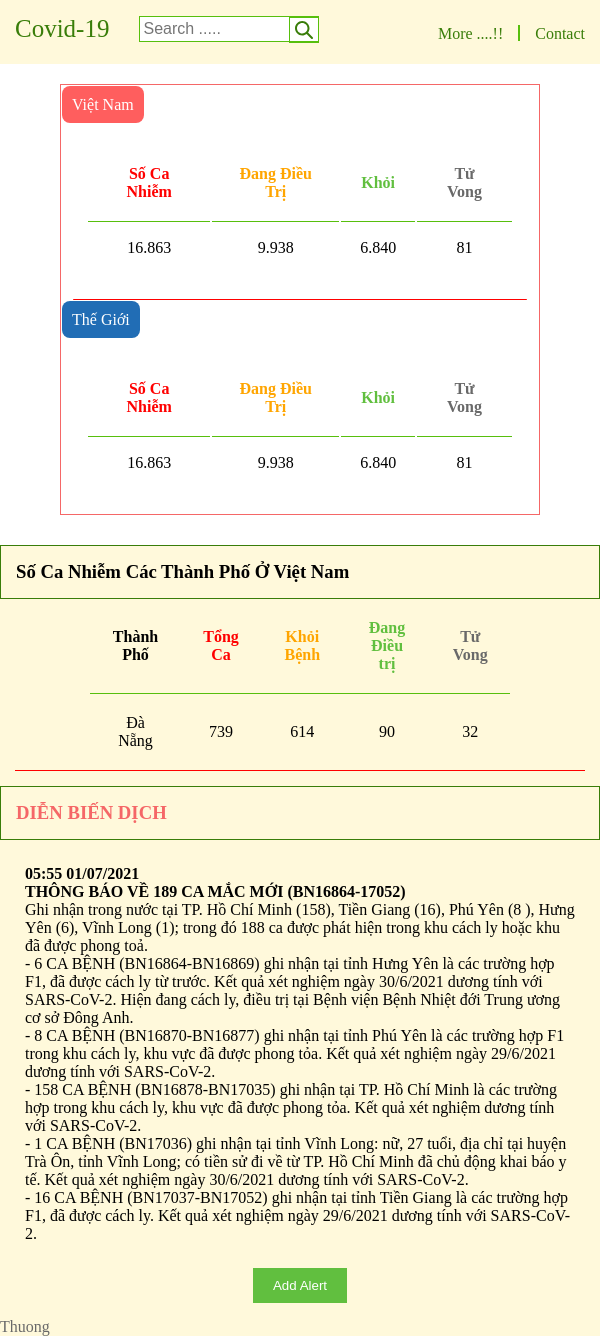
Repository: thuongton98/Covid
Page: html-css-js/index.html
The author's editor kept a copy of each file at every save. The page is drawn from the files as they stood at one save, then again after the next save.
The browser window is 600 px wide. The pictures show the whole page.

Above is the page before, as saved 2021-07-01 11:42:16.

After the next save:
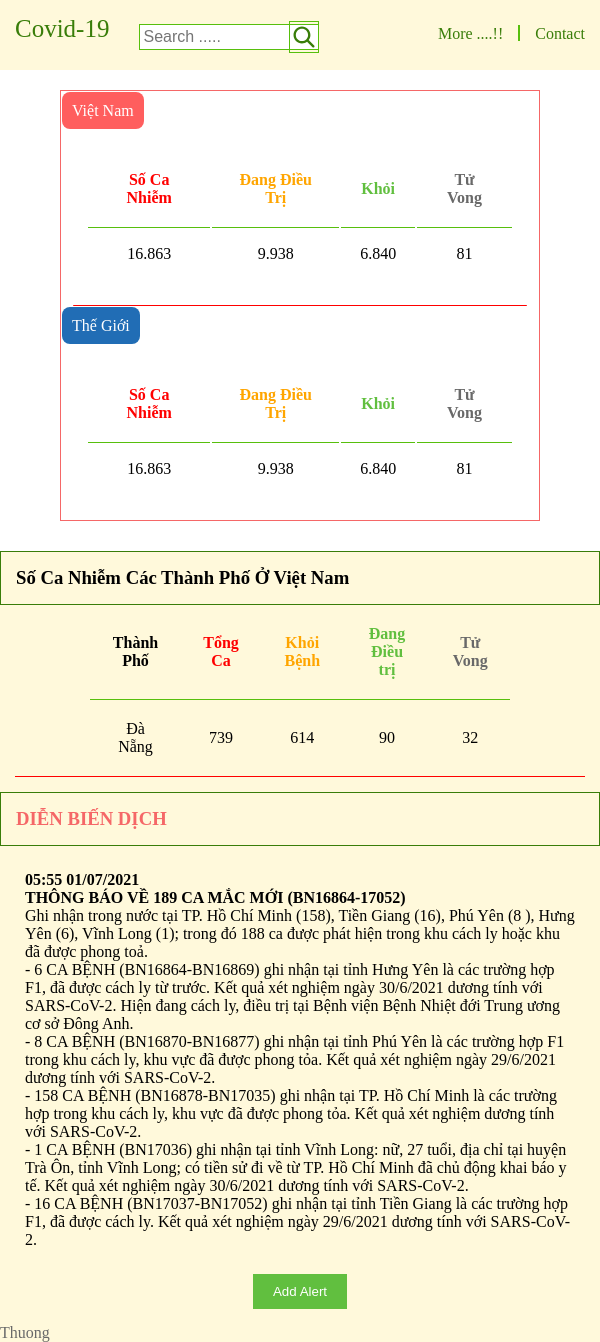
Saved 16 s later.
--- a/html-css-js/styles.css
+++ b/html-css-js/styles.css
@@ -230,15 +230,5 @@
         font-size: 16px;
 
     }
-    nav .icon .icon-search svg{
-
-        width: 30px;
-        height: 26px;
-        top:9px;
-
-    }
-    nav .icon .icon-search{
-
-       top:-7px;
-    }
-}
+
+}

After the save that followed:
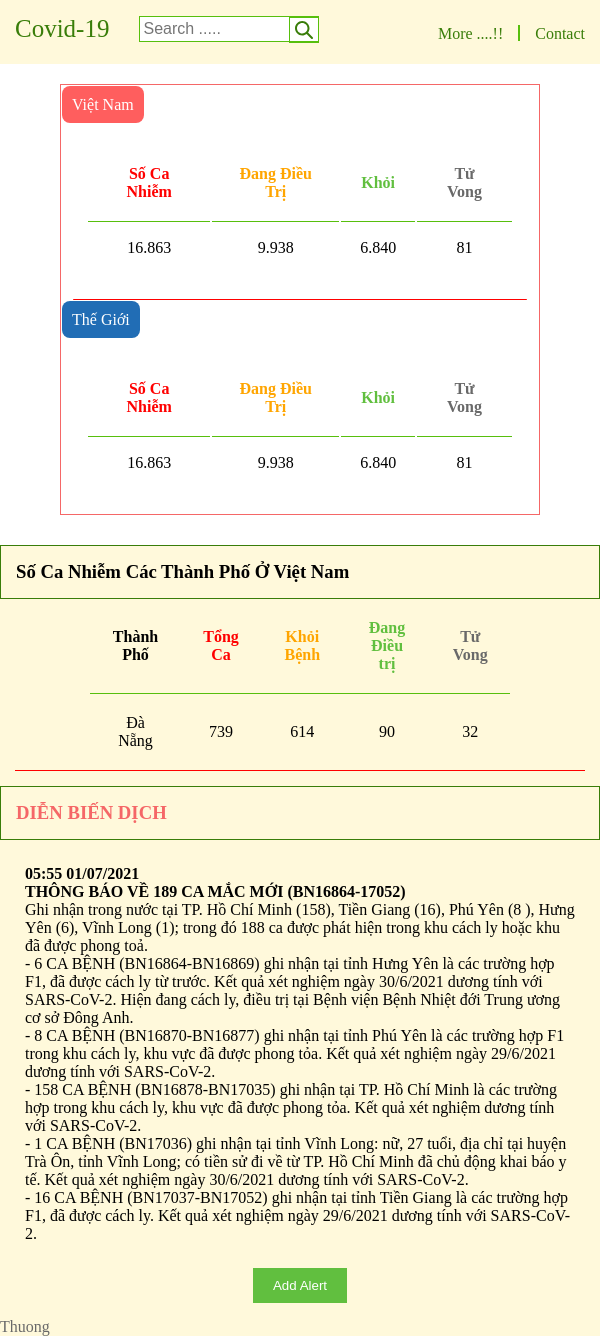
Saved 5 s later.
--- a/html-css-js/styles.css
+++ b/html-css-js/styles.css
@@ -230,5 +230,15 @@
         font-size: 16px;
 
     }
-
-}
+    nav .icon .icon-search svg{
+
+        width: 30px;
+        height: 26px;
+        top:9px;
+
+    }
+    nav .icon .icon-search{
+
+       top:-7px;
+    }
+}
